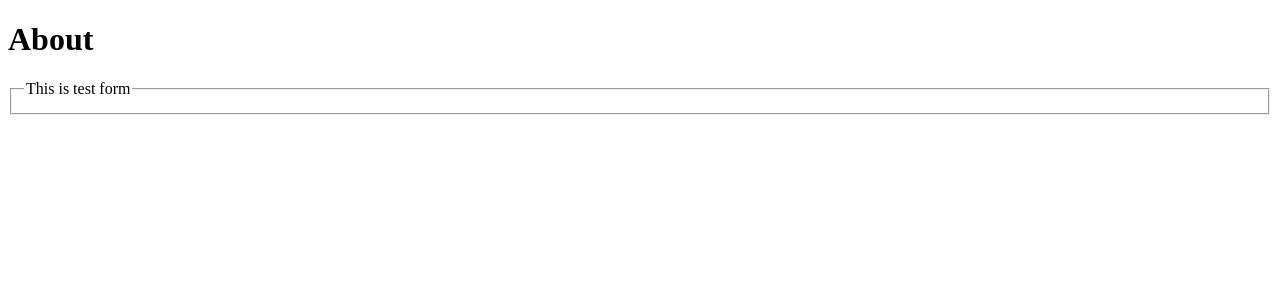
Repository: fisikusari/test-repo
Page: about.html
An editor plug-in stored every save of this project. The page is shown before and after the next save, followed by the edit.
The browser window is 1280 px wide. The pictures show the whole page.

Above is the page before, as saved 2021-11-11 18:50:16.

### about.html
<!DOCTYPE html>
<html lang="en">

<head>
  <meta charset="UTF-8">
  <meta http-equiv="X-UA-Compatible" content="IE=edge">
  <meta name="viewport" content="width=device-width, initial-scale=1.0">
  <title>About</title>
</head>

<body>
  <h1>About</h1>
  <!--Form Starts here-->
  <form action="">
    <!--Fieldset Starts here-->
    <fieldset>
      <legend>This is test form</legend>
    </fieldset>
    <!--Fieldset Ends here-->
  </form>
  <!--Form Ends here-->
</body>

</html>

After the next save:
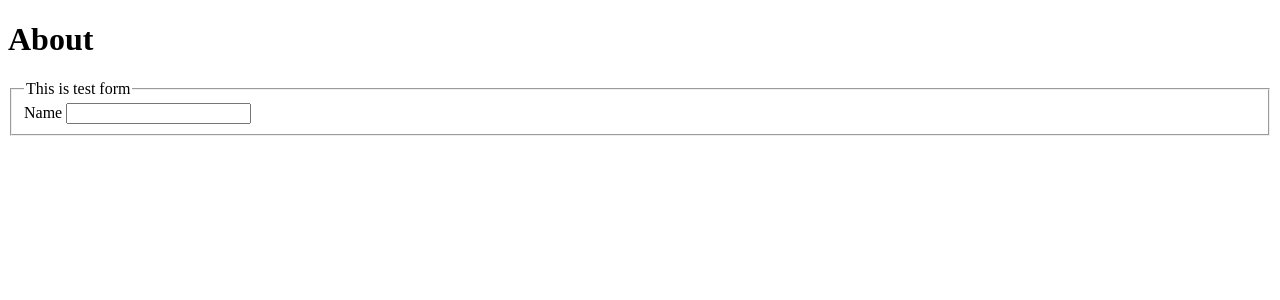
Saved 109 s later.
--- a/about.html
+++ b/about.html
@@ -15,6 +15,8 @@
     <!--Fieldset Starts here-->
     <fieldset>
       <legend>This is test form</legend>
+      <label for="name">Name</label>
+      <input type="text">
     </fieldset>
     <!--Fieldset Ends here-->
   </form>
